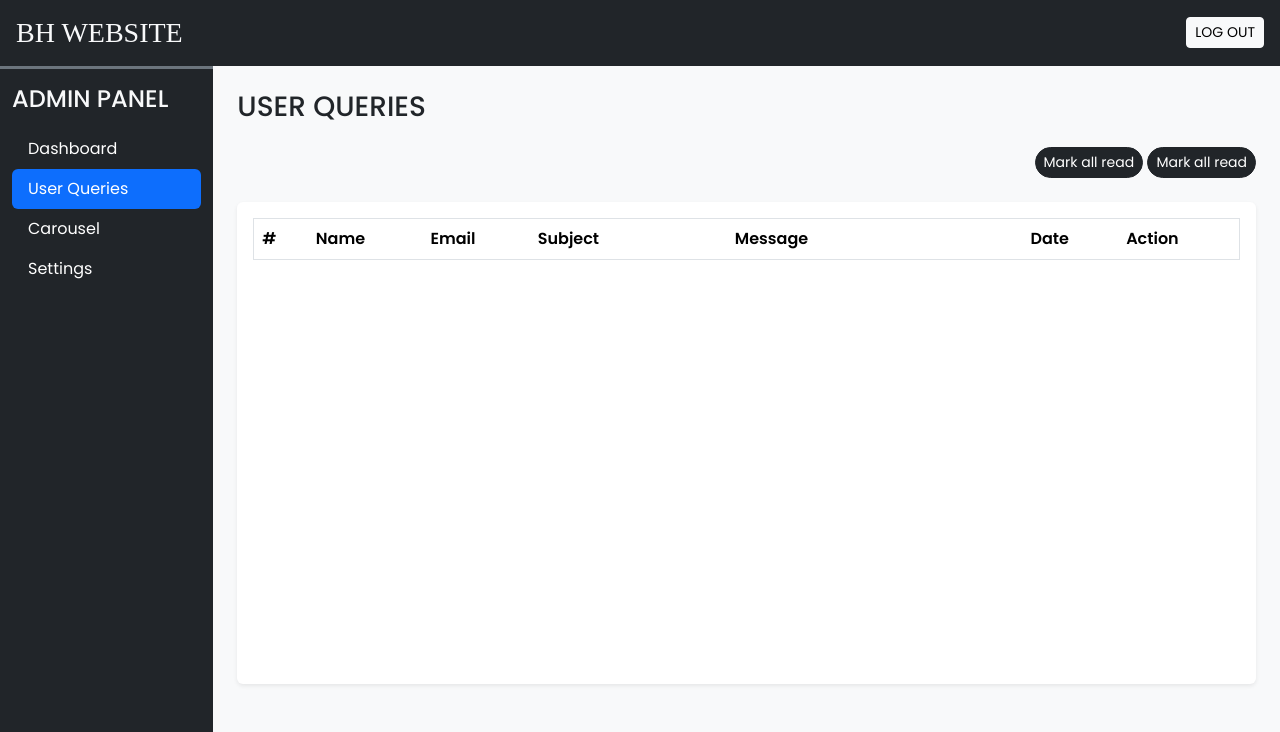
Repository: ntruong0906/desktop-tutorial
Page: http://localhost/hbwebsite/WebsiteBookingHotel/admin/user_queries.php
An editor plug-in stored every save of this project. The page is shown before and after the next save, followed by the edit.
The browser window is 1280 px wide. The pictures show the whole page.
Some web fonts or font styles are not loaded; a fallback is used. The page is run by PHP 8.4 with error messages shown; the project is at /var/www/html/. The session is filled in as if someone had signed in: {"adminLogin": true, "adminId": 1}. Other server files are loaded and not shown. Queries for data that is not in the repository find no rows.

Above is the page before, as saved 2024-05-07 21:51:05.

### WebsiteBookingHotel/admin/user_queries.php
<?php
require ('inc/essentials.php');
require ('inc/db_config.php');
adminLogin();
if(isset($_GET['seen']))
{
    $frm_data = filteration($_GET);

    if($frm_data['seen'] == 'all'){

    }else{
        $q = "UPDATE `user_queries` SET `seen`= ? WHERE `sr_no` = ?";
        $values = [1,$frm_data['seen']];
        if(update($q,$values,'ii')){
            alert('success','Marked as read');
        }else{
            alert('error','Operation Failed');
        }
    }
}

if(isset($_GET['del']))
{
    $frm_data = filteration($_GET);

    if($frm_data['del'] == 'all'){

    }else{
        $q = "DELETE FROM `user_queries` WHERE `sr_no` = ?";
        $values = [$frm_data['del']];
        if(delete($q,$values,'i')){
            alert('success','Data delete!');
        }else{
            alert('error','Operation Failed');
        }
    }
}
?>

<!DOCTYPE html>
<html lang="en">

<head>
    <meta charset="UTF-8">
    <meta http-equiv="X-UA-Compatible" content="IE-edge">
    <meta name="viewport" content="width=device-width, initial-scale=1.0">
    <title>Admin Panel - User Queries</title>
    <?php require ('inc/links.php'); ?>
</head>
<style>
.custom-alert {
    position: fixed;
    top: 80px;
    right: 25px;
}

#dashboard-menu {
    position: fixed;
    height: 100%;
}
</style>

<body class="bg-light">

    <?php require ('inc/header.php'); ?>

    <div class="container-fluid" id="main-content">
        <div class="row">
            <div class="col-lg-10 ms-auto p-4 overflow-hidden">
                <h3 class="mb-4">USER QUERIES</h3>
                <div class="text-end mb-4">
                    <a href="?seen=all" class="btn btn-dark rounded-pill shadow-none btn-sm">Mark all read</a>
                    <a href="?del=all" class="btn btn-dark rounded-pill shadow-none btn-sm">Mark all read</a>
                </div>

                <div class="card border-0 shadow-sm mb-4">
                    <div class="card-body">
                        <div class="table-responsive-md " style="height: 450px; overflow-y: scroll; ">
                            <table class="table table-hover border">
                                <thead class="sticky-top">
                                    <tr class="bg-dark text-light">
                                        <th scope="col">#</th>
                                        <th scope="col">Name</th>
                                        <th scope="col">Email</th>
                                        <th scope="col" width="20%">Subject</th>
                                        <th scope="col" width="30%">Message</th>
                                        <th scope="col">Date</th>
                                        <th scope="col">Action</th>
                                    </tr>
                                </thead>
                                <tbody>
                                    <?php
                                   $q = "SELECT * FROM `user_queries` ORDER BY `sr_no` DESC";
                                   $data = mysqli_query($con,$q);
                                   $i= 1;
                                   while($row = mysqli_fetch_assoc($data)){
                                    $seen = '';
                                    if($row['seen']!= 1){
                                        $seen = "<a href='?seen=$row[sr_no]' class='btn btn-sm rounded-pill btn-primary'>Mark as read</a>";
                                    }
                                    $seen.="<a href='?del=$row[sr_no]' class='btn btn-sm rounded-pill btn-danger'>Delete</a>";
                                    echo <<< query
                                    <tr>
                                    <td>$i</td>
                                    <td>$row[name]</td>
                                    <td>$row[email]</td>
                                    <td>$row[subject]</td>
                                    <td>$row[message]</td>
                                    <td>$row[date]</td>
                                    <td>$seen</td>
                                    </tr>
                                    query;
                                    $i++;
                                    }
                                    ?>
                                </tbody>
                            </table>
                        </div>
                    </div>
                </div>
            </div>
        </div>
    </div>

    <?php require ('inc/scripts.php'); ?>
</body>

</html>

### WebsiteBookingHotel/admin/inc/essentials.php
<?php

define ('SITE_URL','http://127.0.0.1/hbwebsite/');
define ('ABOUT_IMG_PATH',SITE_URL.'images/about/');
define ('CAROUSEL_IMG_PATH',SITE_URL.'images/carousel/');



define ('UPLOAD_IMAGE_PATH',$_SERVER['DOCUMENT_ROOT'].'/hbwebsite/images/');
define ('ABOUT_FOLDER','about/');
define ('CAROUSEL_FOLDER','carousel/');
function adminLogin()
{
    session_start();
    if (!isset($_SESSION['adminLogin']) && $_SESSION['adminLogin'] == true) {
        echo "<script>
            window.location.href='index.php';
        </script>";
    }

}
function redirect($url)
{
    echo "<script>
            window.location.href='$url';
        </script>";
}

function alert($type, $msg)
{
    $bs_class = ($type == "success") ? "alert-success" : "alert-danger";
    echo <<<alert
                <div class="alert $bs_class alert-dismissible fade show custom-alert" role="alert">
                    <strong class="me-3">$msg</strong>
                    <button type="button" class="btn-close" data-bs-dismiss="alert" aria-label="Close"></button>
                </div>
            alert;
}

function uploadImage($image,$folder){
    $valid_mime = ['image/jpeg','image/pnp','image/webp'];
    $img_mime = $image['type'];
    if(!in_array($img_mime,$valid_mime)){
        return 'ivn_img';
    }else if(($image['size']/(1024*1024))> 2){
        return 'ivn_size';
    }else{
        $ext = pathinfo($image['name'],PATHINFO_EXTENSION);
        $rname = 'IMG_'.random_int(11111,99999).".$ext";
        $img_path = UPLOAD_IMAGE_PATH.$folder.$rname;
        if(move_uploaded_file($image['tmp_name'],$img_path)){
            return $rname;
        }
        else{
            return 'udp_failed';
        }
    }
}


function deleteImage($image , $folder){
    if(unlink(UPLOAD_IMAGE_PATH.$folder.$image)){
        return true;
    }else{
        return false;
    }
}
?>

### WebsiteBookingHotel/admin/inc/db_config.php
<?php
$hname = 'localhost';
$uname = 'root';
$pass = "";
$db = "hbwebsite";

$con = mysqli_connect($hname, $uname, $pass, $db);

if (!$con) {
    die("Cannot Connect to Database" . mysqli_connect_error());
}

function filteration($data)
{
    foreach ($data as $key => $value) {
        $value = trim($value);
        $value = stripcslashes($value);
        $value = strip_tags($value);
        $value = htmlspecialchars($value);
        $data[$key] = $value;
    }
    return $data;
}

function selectAll($table){
    $con = $GLOBALS['con'];
    $res = mysqli_query($con,"SELECT * FROM $table");
    return $res;
}
function select($sql, $values, $datatype)
{
    $con = $GLOBALS['con'];
    if ($stmt = mysqli_prepare($con, $sql)) {
        mysqli_stmt_bind_param($stmt, $datatype,...$values);
        if (mysqli_stmt_execute($stmt)) {
            $res = mysqli_stmt_get_result($stmt);
            mysqli_stmt_close($stmt);
            return $res;
        } else {
            mysqli_stmt_close($stmt);
            die("Query cannot be excuted - Select");
        }
    } else {
        die("Query cannot be executed - Select");
    }
}

function update($sql, $values, $datatypes)
{
    $con = $GLOBALS['con'];
    if ($stmt = mysqli_prepare($con, $sql)) {
        mysqli_stmt_bind_param($stmt, $datatypes,...$values);
        if (mysqli_stmt_execute($stmt)) {
            $res = mysqli_stmt_affected_rows($stmt);
            mysqli_stmt_close($stmt);
            return $res;
        } else {
            mysqli_stmt_close($stmt);
            die("Query cannot be executed - Update");
        }
    } else {
        die("Query cannot be executed - Update");
    }
}

function insert($sql, $values, $datatypes)
{
    $con = $GLOBALS['con'];
    if ($stmt = mysqli_prepare($con, $sql)) {
        mysqli_stmt_bind_param($stmt, $datatypes,...$values);
        if (mysqli_stmt_execute($stmt)) {
            $res = mysqli_stmt_affected_rows($stmt);
            mysqli_stmt_close($stmt);
            return $res;
        } else {
            mysqli_stmt_close($stmt);
            die("Query cannot be executed - Insert");
        }
    } else {
        die("Query cannot be executed - Insert");
    }
}

function delete($sql, $values, $datatypes)
{
    $con = $GLOBALS['con'];
    if ($stmt = mysqli_prepare($con, $sql)) {
        mysqli_stmt_bind_param($stmt, $datatypes,...$values);
        if (mysqli_stmt_execute($stmt)) {
            $res = mysqli_stmt_affected_rows($stmt);
            mysqli_stmt_close($stmt);
            return $res;
        } else {
            mysqli_stmt_close($stmt);
            die("Query cannot be executed - Delete");
        }
    } else {
        die("Query cannot be executed - Delete");
    }
}
?>

### WebsiteBookingHotel/admin/inc/links.php
<link href="https://cdn.jsdelivr.net/npm/bootstrap@5.3.3/dist/css/bootstrap.min.css" rel="stylesheet"
    integrity="sha384-QWTKZyjpPEjISv5WaRU9OFeRpok6YctnYmDr5pNlyT2bRjXh0JMhjY6hW+ALEwIH" crossorigin="anonymous">
<link href="https://fonts.googleapis.com/css2?family=Merienda:wght@400;700&family=Poppins:wght@400;500;600&display=swap"
    rel="stylesheet">
<link rel="stylesheet" href="https://cdn.jsdelivr.net/npm/bootstrap-icons@1.11.3/font/bootstrap-icons.min.css">
<link rel="stylesheet" href="css/common.css">

### WebsiteBookingHotel/admin/inc/header.php
<div class="container-fluid bg-dark text-light p-3 d-flex align-items-center justify-content-between sticky-top">
    <h3 class="mb-0 h-font">BH WEBSITE</h3>
    <a href="logout.php" class="btn btn-light btn-sm">LOG OUT</a>
</div>

<div class="col-lg-2 bg-dark border-top border-3 border-secondary " id="dashboard-menu">
    <nav class="navbar navbar-expand-lg navbar-dark">
        <div class="container-fluid flex-lg-column align-items-stretch">
            <h4 class="mt-2 text-light">ADMIN PANEL</h4>
            <button class="navbar-toggler shadow-none" type="button" data-bs-toggle="collapse"
                data-bs-target="#adminDropdown" aria-controls="navbarNav" aria-expanded="false"
                aria-label="Toggle navigation">
                <span class="navbar-toggler-icon"></span>
            </button>
            <div class="collapse navbar-collapse flex-column align-items-stretch mt-2" id="adminDropdown">

                <ul class="nav nav-pills flex-column">
                    <li class="nav-item">
                        <a class="nav-link text-white" href="dashboard.php">Dashboard</a>
                    </li>
                    <li class="nav-item">
                        <a class="nav-link text-white" href="user_queries.php">User Queries</a>
                    </li>
                    <li class="nav-item">
                        <a class="nav-link text-white" href="carousel.php">Carousel</a>
                    </li>
                    <li class="nav-item">
                        <a class="nav-link text-white" href="settings.php
                            ">Settings</a>
                    </li>
                </ul>
            </div>
        </div>
        <nav>
</div>

### WebsiteBookingHotel/admin/inc/scripts.php
<script src="https://cdn.jsdelivr.net/npm/bootstrap@5.3.3/dist/js/bootstrap.bundle.min.js"
    integrity="sha384-YvpcrYf0tY3lHB60NNkmXc5s9fDVZLESaAA55NDzOxhy9GkcIdslK1eN7N6jIeHz" crossorigin="anonymous">
</script>

<script>
function alert(type, msg) {
    let bs_class = (type == 'success') ? 'alert-success' : 'alert-danger';
    let element = document.createElement('div');
    element.innerHTML = `
                <div class="alert ${bs_class} alert-dismissible fade show custom-alert" role="alert">
                        <strong class="me-3">${msg}</strong>
                        <button type="button" class="btn-close" data-bs-dismiss="alert" aria-label="Close"></button>
                </div>
                `;
    document.body.append(element);
}

function setActive() {
    let navbar = document.getElementById('dashboard-menu');
    let a_tags = navbar.getElementsByTagName('a');
    for (i = 0; i < a_tags.length; i++) {
        let file = a_tags[i].href.split('/').pop();
        let file_name = file.split('.')[0];
        if (document.location.href.indexOf(file_name) >= 0) {
            a_tags[i].classList.add('active')
        }
    }
}
setActive();
</script>

### WebsiteBookingHotel/admin/css/common.css
:root{
    --teal: #2ec1ac;
    --teal_hover: #279e8c;
}

* {
    font-family: 'Poppins', sans-serif;
}

.h-font {
    font-family: 'Merienda', cursive;
}

input::-webkit-outer-spin-button,
input::-webkit-inner-spin-button {
    -webkit-appearance: none;
    margin: 0;
}

/* input[type=number] {
    -moz-appearance: textfield;
} */

.custom-bg {
    background-color: var(--teal);
    border: 1px solid var(--teal);
}

.custom-bg:hover {
    background-color: var(--teal_hover);
    border-color: var(--teal_hover);
}

.availability-form {
    margin-top: -50px;
    z-index: 2;
    position: relative;
}
.h-line{
    width: 150px ;
    margin: 0 auto;
    height: 1.7px;
}

.custom-alert{
    position: fixed;
    top: 80px;
    right: 25px;
}
#dashboard-menu{
    position:fixed;
    height: 100%;
    z-index: 11;
}

@media screen and (max-width :991px){
    #dashboard-menu{
        height: auto;
        width: 100%;
    }
    #main-content{
        margin-top: 60px;
    }
}

After the next save:
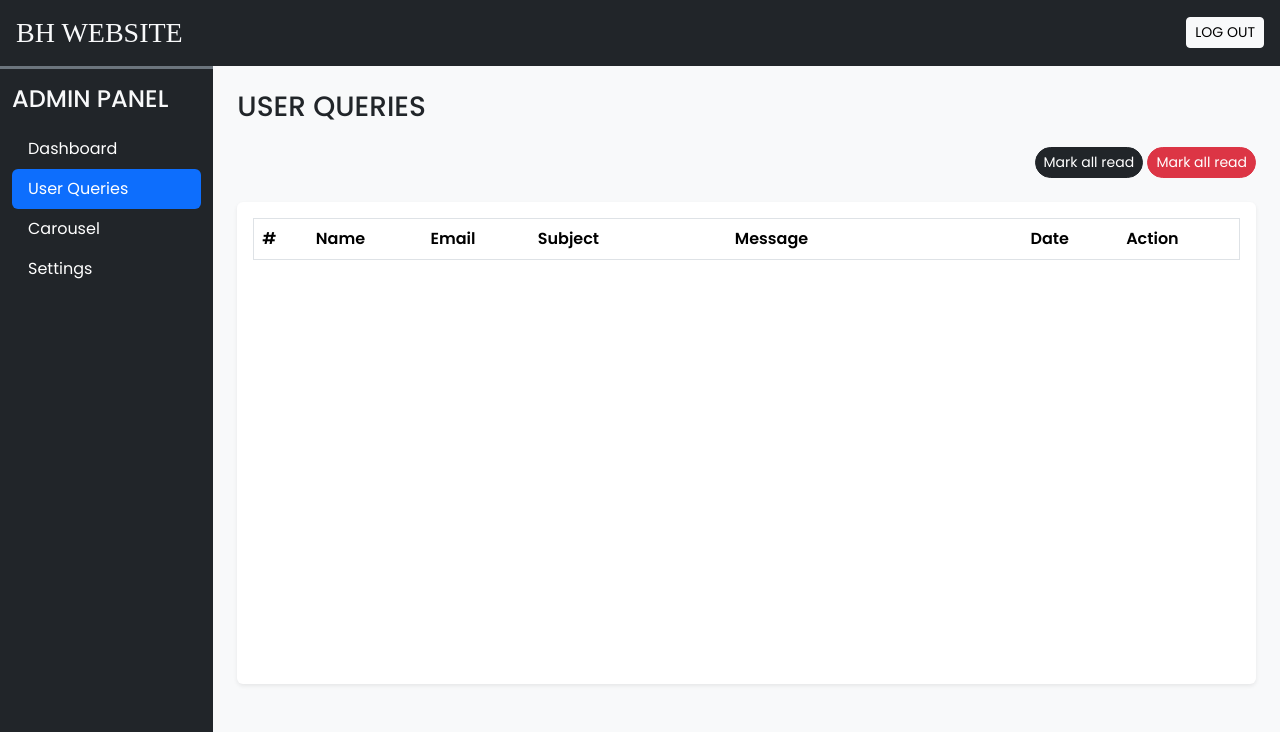
Saved 21 s later.
--- a/WebsiteBookingHotel/admin/user_queries.php
+++ b/WebsiteBookingHotel/admin/user_queries.php
@@ -70,7 +70,7 @@ if(isset($_GET['del']))
                 <h3 class="mb-4">USER QUERIES</h3>
                 <div class="text-end mb-4">
                     <a href="?seen=all" class="btn btn-dark rounded-pill shadow-none btn-sm">Mark all read</a>
-                    <a href="?del=all" class="btn btn-dark rounded-pill shadow-none btn-sm">Mark all read</a>
+                    <a href="?del=all" class="btn btn-danger rounded-pill shadow-none btn-sm">Mark all read</a>
                 </div>
 
                 <div class="card border-0 shadow-sm mb-4">
